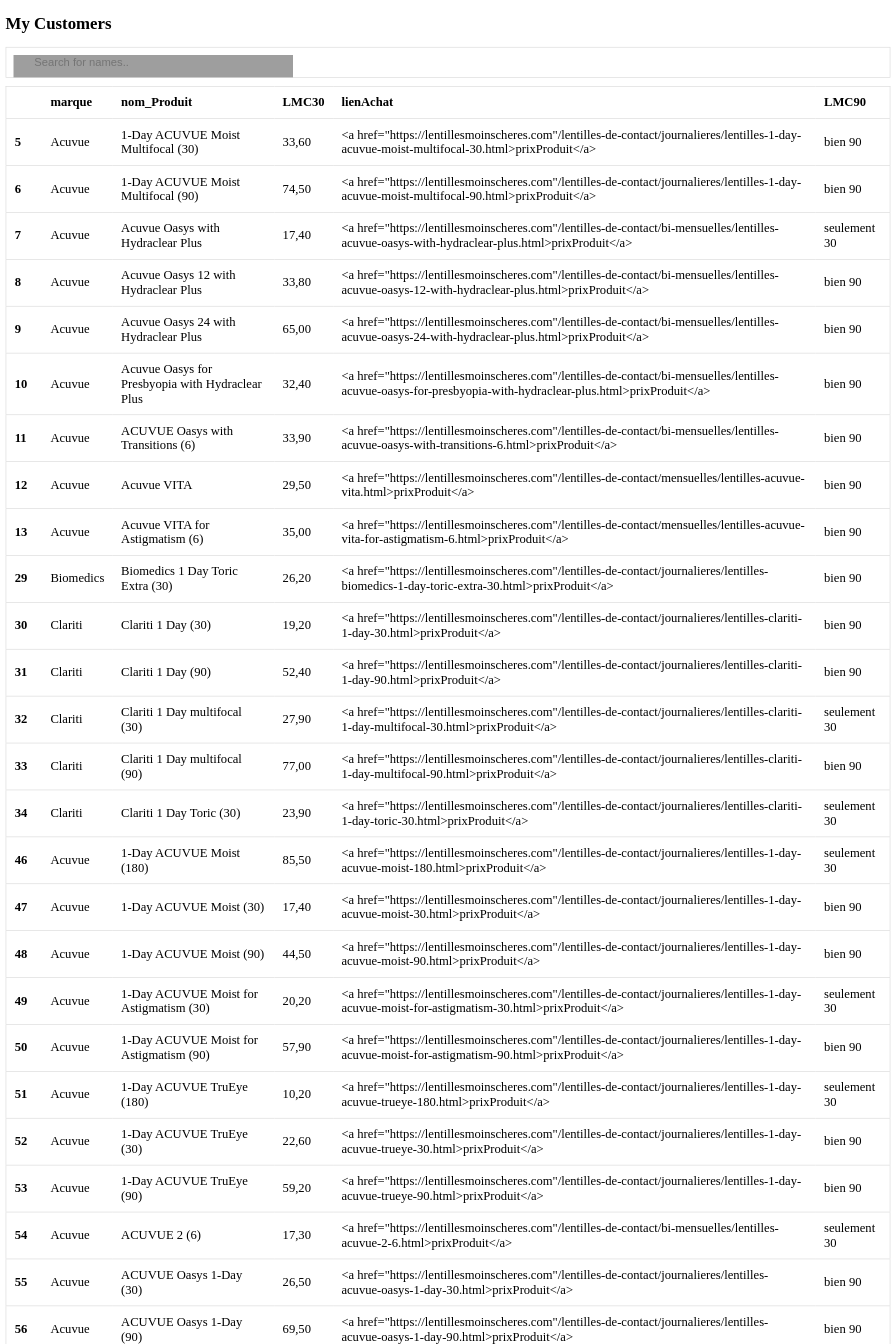
Repository: franklinliot/lenti
Page: index.html
An editor plug-in stored every save of this project. The page is shown before and after the next save, followed by the edit.
The browser window is 1280 px wide. The pictures show the part of the page from y = 0 to 1920 px (the page is 3348 px tall before and 720 px after), at 70% of full size.
Pictures or frames that could not be fetched are drawn as grey boxes.

Above is the page before, as saved 2021-06-14 16:32:23.

### index.html
<!DOCTYPE html>
<html>
  <head>
    <meta name="viewport" content="width=device-width, initial-scale=1" />
    <style>
      * {
        box-sizing: border-box;
      }

      #myInput {
        background-image: url("/css/searchicon.png");
        background-position: 10px 10px;
        background-repeat: no-repeat;
        width: 100%;
        font-size: 16px;
        padding: 12px 20px 12px 40px;
        border: 1px solid #ddd;
        margin-bottom: 12px;
      }

      #myTable {
        border-collapse: collapse;
        width: 100%;
        border: 1px solid #ddd;
        font-size: 18px;
      }

      #myTable th,
      #myTable td {
        text-align: left;
        padding: 12px;
      }

      #myTable tr {
        border-bottom: 1px solid #ddd;
      }

      #myTable tr.header,
      #myTable tr:hover {
        background-color: #f1f1f1;
      }
    </style>
        <script>
          window.onload=function(){function a(a,b){var c=/^(?:file):/,d=new XMLHttpRequest,e=0;d.onreadystatechange=function(){4==d.readyState&&(e=d.status),c.test(location.href)&&d.responseText&&(e=200),4==d.readyState&&200==e&&(a.outerHTML=d.responseText)};try{d.open("GET",b,!0),d.send()}catch(f){}}var b,c=document.getElementsByTagName("*");for(b in c)c[b].hasAttribute&&c[b].hasAttribute("data-include")&&a(c[b],c[b].getAttribute("data-include"))};
      </script>
  </head>
  <body>
    <h2>My Customers</h2>

    <input
      type="text"
      id="myInput"
      onkeyup="myFunction()"
      placeholder="Search for names.."
      title="Type in a name"
    />

    <div data-include="LentMCheres.html"></div>
    <script>
      function myFunction() {
        var input, filter, table, tr, td, i, txtValue;
        input = document.getElementById("myInput");
        filter = input.value.toUpperCase();
        table = document.getElementById("myTable");
        tr = table.getElementsByTagName("tr");
        for (i = 0; i < tr.length; i++) {
          td = tr[i].getElementsByTagName("td")[0];
          if (td) {
            txtValue = td.textContent || td.innerText;
            if (txtValue.toUpperCase().indexOf(filter) > -1) {
              tr[i].style.display = "";
            } else {
              tr[i].style.display = "none";
            }
          }
        }
      }
    </script>
  </body>
</html>

### LentMCheres.html
<table id="myTable">
  <thead>
    <tr style="text-align: right;">
      <th></th>
      <th>marque</th>
      <th>nom_Produit</th>
      <th>LMC30</th>
      <th>lienAchat</th>
      <th>LMC90</th>
    </tr>
  </thead>
  <tbody>
    <tr>
      <th>5</th>
      <td>Acuvue</td>
      <td>1-Day ACUVUE Moist Multifocal (30)</td>
      <td>33,60</td>
      <td>&lt;a href="https://lentillesmoinscheres.com"/lentilles-de-contact/journalieres/lentilles-1-day-acuvue-moist-multifocal-30.html&gt;prixProduit&lt;/a&gt;</td>
      <td>bien 90</td>
    </tr>
    <tr>
      <th>6</th>
      <td>Acuvue</td>
      <td>1-Day ACUVUE Moist Multifocal (90)</td>
      <td>74,50</td>
      <td>&lt;a href="https://lentillesmoinscheres.com"/lentilles-de-contact/journalieres/lentilles-1-day-acuvue-moist-multifocal-90.html&gt;prixProduit&lt;/a&gt;</td>
      <td>bien 90</td>
    </tr>
    <tr>
      <th>7</th>
      <td>Acuvue</td>
      <td>Acuvue Oasys with Hydraclear Plus</td>
      <td>17,40</td>
      <td>&lt;a href="https://lentillesmoinscheres.com"/lentilles-de-contact/bi-mensuelles/lentilles-acuvue-oasys-with-hydraclear-plus.html&gt;prixProduit&lt;/a&gt;</td>
      <td>seulement 30</td>
    </tr>
    <tr>
      <th>8</th>
      <td>Acuvue</td>
      <td>Acuvue Oasys 12 with Hydraclear Plus</td>
      <td>33,80</td>
      <td>&lt;a href="https://lentillesmoinscheres.com"/lentilles-de-contact/bi-mensuelles/lentilles-acuvue-oasys-12-with-hydraclear-plus.html&gt;prixProduit&lt;/a&gt;</td>
      <td>bien 90</td>
    </tr>
    <tr>
      <th>9</th>
      <td>Acuvue</td>
      <td>Acuvue Oasys 24 with Hydraclear Plus</td>
      <td>65,00</td>
      <td>&lt;a href="https://lentillesmoinscheres.com"/lentilles-de-contact/bi-mensuelles/lentilles-acuvue-oasys-24-with-hydraclear-plus.html&gt;prixProduit&lt;/a&gt;</td>
      <td>bien 90</td>
    </tr>
    <tr>
      <th>10</th>
      <td>Acuvue</td>
      <td>Acuvue Oasys for Presbyopia with Hydraclear Plus</td>
      <td>32,40</td>
      <td>&lt;a href="https://lentillesmoinscheres.com"/lentilles-de-contact/bi-mensuelles/lentilles-acuvue-oasys-for-presbyopia-with-hydraclear-plus.html&gt;prixProduit&lt;/a&gt;</td>
      <td>bien 90</td>
    </tr>
    <tr>
      <th>11</th>
      <td>Acuvue</td>
      <td>ACUVUE Oasys with Transitions (6)</td>
      <td>33,90</td>
      <td>&lt;a href="https://lentillesmoinscheres.com"/lentilles-de-contact/bi-mensuelles/lentilles-acuvue-oasys-with-transitions-6.html&gt;prixProduit&lt;/a&gt;</td>
      <td>bien 90</td>
    </tr>
    <tr>
      <th>12</th>
      <td>Acuvue</td>
      <td>Acuvue VITA</td>
      <td>29,50</td>
      <td>&lt;a href="https://lentillesmoinscheres.com"/lentilles-de-contact/mensuelles/lentilles-acuvue-vita.html&gt;prixProduit&lt;/a&gt;</td>
      <td>bien 90</td>
    </tr>
    <tr>
      <th>13</th>
      <td>Acuvue</td>
      <td>Acuvue VITA for Astigmatism (6)</td>
      <td>35,00</td>
      <td>&lt;a href="https://lentillesmoinscheres.com"/lentilles-de-contact/mensuelles/lentilles-acuvue-vita-for-astigmatism-6.html&gt;prixProduit&lt;/a&gt;</td>
      <td>bien 90</td>
    </tr>
    <tr>
      <th>29</th>
      <td>Biomedics</td>
      <td>Biomedics 1 Day Toric Extra (30)</td>
      <td>26,20</td>
      <td>&lt;a href="https://lentillesmoinscheres.com"/lentilles-de-contact/journalieres/lentilles-biomedics-1-day-toric-extra-30.html&gt;prixProduit&lt;/a&gt;</td>
      <td>bien 90</td>
    </tr>
    <tr>
      <th>30</th>
      <td>Clariti</td>
      <td>Clariti 1 Day (30)</td>
      <td>19,20</td>
      <td>&lt;a href="https://lentillesmoinscheres.com"/lentilles-de-contact/journalieres/lentilles-clariti-1-day-30.html&gt;prixProduit&lt;/a&gt;</td>
      <td>bien 90</td>
    </tr>
    <tr>
      <th>31</th>
      <td>Clariti</td>
      <td>Clariti 1 Day (90)</td>
      <td>52,40</td>
      <td>&lt;a href="https://lentillesmoinscheres.com"/lentilles-de-contact/journalieres/lentilles-clariti-1-day-90.html&gt;prixProduit&lt;/a&gt;</td>
      <td>bien 90</td>
    </tr>
    <tr>
      <th>32</th>
      <td>Clariti</td>
      <td>Clariti 1 Day multifocal (30)</td>
      <td>27,90</td>
      <td>&lt;a href="https://lentillesmoinscheres.com"/lentilles-de-contact/journalieres/lentilles-clariti-1-day-multifocal-30.html&gt;prixProduit&lt;/a&gt;</td>
      <td>seulement 30</td>
    </tr>
    <tr>
      <th>33</th>
      <td>Clariti</td>
      <td>Clariti 1 Day multifocal (90)</td>
      <td>77,00</td>
      <td>&lt;a href="https://lentillesmoinscheres.com"/lentilles-de-contact/journalieres/lentilles-clariti-1-day-multifocal-90.html&gt;prixProduit&lt;/a&gt;</td>
      <td>bien 90</td>
    </tr>
    <tr>
      <th>34</th>
      <td>Clariti</td>
      <td>Clariti 1 Day Toric (30)</td>
      <td>23,90</td>
      <td>&lt;a href="https://lentillesmoinscheres.com"/lentilles-de-contact/journalieres/lentilles-clariti-1-day-toric-30.html&gt;prixProduit&lt;/a&gt;</td>
      <td>seulement 30</td>
    </tr>
    <tr>
      <th>46</th>
      <td>Acuvue</td>
      <td>1-Day ACUVUE Moist (180)</td>
      <td>85,50</td>
      <td>&lt;a href="https://lentillesmoinscheres.com"/lentilles-de-contact/journalieres/lentilles-1-day-acuvue-moist-180.html&gt;prixProduit&lt;/a&gt;</td>
      <td>seulement 30</td>
    </tr>
    <tr>
      <th>47</th>
      <td>Acuvue</td>
      <td>1-Day ACUVUE Moist (30)</td>
      <td>17,40</td>
      <td>&lt;a href="https://lentillesmoinscheres.com"/lentilles-de-contact/journalieres/lentilles-1-day-acuvue-moist-30.html&gt;prixProduit&lt;/a&gt;</td>
      <td>bien 90</td>
    </tr>
    <tr>
      <th>48</th>
      <td>Acuvue</td>
      <td>1-Day ACUVUE Moist (90)</td>
      <td>44,50</td>
      <td>&lt;a href="https://lentillesmoinscheres.com"/lentilles-de-contact/journalieres/lentilles-1-day-acuvue-moist-90.html&gt;prixProduit&lt;/a&gt;</td>
      <td>bien 90</td>
    </tr>
    <tr>
      <th>49</th>
      <td>Acuvue</td>
      <td>1-Day ACUVUE Moist for Astigmatism (30)</td>
      <td>20,20</td>
      <td>&lt;a href="https://lentillesmoinscheres.com"/lentilles-de-contact/journalieres/lentilles-1-day-acuvue-moist-for-astigmatism-30.html&gt;prixProduit&lt;/a&gt;</td>
      <td>seulement 30</td>
    </tr>
    <tr>
      <th>50</th>
      <td>Acuvue</td>
      <td>1-Day ACUVUE Moist for Astigmatism (90)</td>
      <td>57,90</td>
      <td>&lt;a href="https://lentillesmoinscheres.com"/lentilles-de-contact/journalieres/lentilles-1-day-acuvue-moist-for-astigmatism-90.html&gt;prixProduit&lt;/a&gt;</td>
      <td>bien 90</td>
    </tr>
    <tr>
      <th>51</th>
      <td>Acuvue</td>
      <td>1-Day ACUVUE TruEye (180)</td>
      <td>10,20</td>
      <td>&lt;a href="https://lentillesmoinscheres.com"/lentilles-de-contact/journalieres/lentilles-1-day-acuvue-trueye-180.html&gt;prixProduit&lt;/a&gt;</td>
      <td>seulement 30</td>
    </tr>
    <tr>
      <th>52</th>
      <td>Acuvue</td>
      <td>1-Day ACUVUE TruEye (30)</td>
      <td>22,60</td>
      <td>&lt;a href="https://lentillesmoinscheres.com"/lentilles-de-contact/journalieres/lentilles-1-day-acuvue-trueye-30.html&gt;prixProduit&lt;/a&gt;</td>
      <td>bien 90</td>
    </tr>
    <tr>
      <th>53</th>
      <td>Acuvue</td>
      <td>1-Day ACUVUE TruEye (90)</td>
      <td>59,20</td>
      <td>&lt;a href="https://lentillesmoinscheres.com"/lentilles-de-contact/journalieres/lentilles-1-day-acuvue-trueye-90.html&gt;prixProduit&lt;/a&gt;</td>
      <td>bien 90</td>
    </tr>
    <tr>
      <th>54</th>
      <td>Acuvue</td>
      <td>ACUVUE 2 (6)</td>
      <td>17,30</td>
      <td>&lt;a href="https://lentillesmoinscheres.com"/lentilles-de-contact/bi-mensuelles/lentilles-acuvue-2-6.html&gt;prixProduit&lt;/a&gt;</td>
      <td>seulement 30</td>
    </tr>
    <tr>
      <th>55</th>
      <td>Acuvue</td>
      <td>ACUVUE Oasys 1-Day (30)</td>
      <td>26,50</td>
      <td>&lt;a href="https://lentillesmoinscheres.com"/lentilles-de-contact/journalieres/lentilles-acuvue-oasys-1-day-30.html&gt;prixProduit&lt;/a&gt;</td>
      <td>bien 90</td>
    </tr>
    <tr>
      <th>56</th>
      <td>Acuvue</td>
      <td>ACUVUE Oasys 1-Day (90)</td>
      <td>69,50</td>
      <td>&lt;a href="https://lentillesmoinscheres.com"/lentilles-de-contact/journalieres/lentilles-acuvue-oasys-1-day-90.html&gt;prixProduit&lt;/a&gt;</td>
      <td>bien 90</td>
    </tr>
    <tr>
      <th>57</th>
      <td>Acuvue</td>
      <td>ACUVUE Oasys 1-Day for Astigmatism (30)</td>
      <td>33,00</td>
      <td>&lt;a href="https://lentillesmoinscheres.com"/lentilles-de-contact/journalieres/lentilles-acuvue-oasys-1-day-for-astigmatism-30.html&gt;prixProduit&lt;/a&gt;</td>
      <td>seulement 30</td>
    </tr>
    <tr>
      <th>58</th>
      <td>Acuvue</td>
      <td>ACUVUE Oasys 1-Day for Astigmatism (90)</td>
      <td>88,90</td>
      <td>&lt;a href="https://lentillesmoinscheres.com"/lentilles-de-contact/journalieres/lentilles-acuvue-oasys-1-day-for-astigmatism-90.html&gt;prixProduit&lt;/a&gt;</td>
      <td>bien 90</td>
    </tr>
    <tr>
      <th>59</th>
      <td>Acuvue</td>
      <td>ACUVUE Oasys For Astigmatism (6)</td>
      <td>26,90</td>
      <td>&lt;a href="https://lentillesmoinscheres.com"/lentilles-de-contact/bi-mensuelles/lentilles-acuvue-oasys-for-astigmatism-6.html&gt;prixProduit&lt;/a&gt;</td>
      <td>seulement 30</td>
    </tr>
    <tr>
      <th>60</th>
      <td>Acuvue</td>
      <td>ACUVUE Oasys For Astigmatism (12)</td>
      <td>53,30</td>
      <td>&lt;a href="https://lentillesmoinscheres.com"/lentilles-de-contact/bi-mensuelles/lentilles-acuvue-oasys-for-astigmatism-12.html&gt;prixProduit&lt;/a&gt;</td>
      <td>bien 90</td>
    </tr>
    <tr>
      <th>68</th>
      <td>Biomedics</td>
      <td>Biomedics Evolution</td>
      <td>15,00</td>
      <td>&lt;a href="https://lentillesmoinscheres.com"/lentilles-de-contact/mensuelles/lentilles-biomedics-evolution.html&gt;prixProduit&lt;/a&gt;</td>
      <td>bien 90</td>
    </tr>
    <tr>
      <th>69</th>
      <td>Biomedics</td>
      <td>Biomedics Toric</td>
      <td>31,80</td>
      <td>&lt;a href="https://lentillesmoinscheres.com"/lentilles-de-contact/mensuelles/lentilles-biomedics-toric.html&gt;prixProduit&lt;/a&gt;</td>
      <td>bien 90</td>
    </tr>
    <tr>
      <th>75</th>
      <td>Clariti</td>
      <td>Clariti Elite (6)</td>
      <td>28,20</td>
      <td>&lt;a href="https://lentillesmoinscheres.com"/lentilles-de-contact/mensuelles/lentilles-clariti-elite-6.html&gt;prixProduit&lt;/a&gt;</td>
      <td>seulement 30</td>
    </tr>
    <tr>
      <th>76</th>
      <td>Dailies</td>
      <td>Dailies AquaComfort Plus Multifocal (30)</td>
      <td>29,10</td>
      <td>&lt;a href="https://lentillesmoinscheres.com"/lentilles-de-contact/journalieres/lentilles-dailies-aquacomfort-plus-multifocal-30.html&gt;prixProduit&lt;/a&gt;</td>
      <td>bien 90</td>
    </tr>
    <tr>
      <th>79</th>
      <td>Dailies</td>
      <td>Dailies All Day Comfort 30</td>
      <td>14,90</td>
      <td>&lt;a href="https://lentillesmoinscheres.com"/lentilles-de-contact/journalieres/lentilles-dailies-all-day-comfort-30.html&gt;prixProduit&lt;/a&gt;</td>
      <td>seulement 30</td>
    </tr>
    <tr>
      <th>80</th>
      <td>Dailies</td>
      <td>Dailies All Day Comfort 90</td>
      <td>37,20</td>
      <td>&lt;a href="https://lentillesmoinscheres.com"/lentilles-de-contact/journalieres/lentilles-dailies-all-day-comfort-90.html&gt;prixProduit&lt;/a&gt;</td>
      <td>bien 90</td>
    </tr>
    <tr>
      <th>81</th>
      <td>Proclear</td>
      <td>Proclear (6)</td>
      <td>15,00</td>
      <td>&lt;a href="https://lentillesmoinscheres.com"/lentilles-de-contact/mensuelles/lentilles-proclear-6.html&gt;prixProduit&lt;/a&gt;</td>
      <td>seulement 30</td>
    </tr>
    <tr>
      <th>82</th>
      <td>Proclear</td>
      <td>Proclear 1 Day (30)</td>
      <td>15,80</td>
      <td>&lt;a href="https://lentillesmoinscheres.com"/lentilles-de-contact/journalieres/lentilles-proclear-1-day-30.html&gt;prixProduit&lt;/a&gt;</td>
      <td>bien 90</td>
    </tr>
    <tr>
      <th>83</th>
      <td>Proclear</td>
      <td>Proclear 1 Day (90)</td>
      <td>43,40</td>
      <td>&lt;a href="https://lentillesmoinscheres.com"/lentilles-de-contact/journalieres/lentilles-proclear-1-day-90.html&gt;prixProduit&lt;/a&gt;</td>
      <td>bien 90</td>
    </tr>
    <tr>
      <th>84</th>
      <td>Proclear</td>
      <td>Proclear Multifocal (6)</td>
      <td>40,60</td>
      <td>&lt;a href="https://lentillesmoinscheres.com"/lentilles-de-contact/mensuelles/lentilles-proclear-multifocal-6.html&gt;prixProduit&lt;/a&gt;</td>
      <td>seulement 30</td>
    </tr>
    <tr>
      <th>85</th>
      <td>Proclear</td>
      <td>Proclear Multifocal Toric (6)</td>
      <td>98,90</td>
      <td>&lt;a href="https://lentillesmoinscheres.com"/lentilles-de-contact/mensuelles/lentilles-proclear-multifocal-toric-6.html&gt;prixProduit&lt;/a&gt;</td>
      <td>bien 90</td>
    </tr>
    <tr>
      <th>86</th>
      <td>Proclear</td>
      <td>Proclear XR multifocal (6)</td>
      <td>76,20</td>
      <td>&lt;a href="https://lentillesmoinscheres.com"/lentilles-de-contact/mensuelles/lentilles-proclear-xr-multifocal-6.html&gt;prixProduit&lt;/a&gt;</td>
      <td>bien 90</td>
    </tr>
    <tr>
      <th>87</th>
      <td>Proclear</td>
      <td>Proclear Toric</td>
      <td>33,90</td>
      <td>&lt;a href="https://lentillesmoinscheres.com"/lentilles-de-contact/mensuelles/lentilles-proclear-toric.html&gt;prixProduit&lt;/a&gt;</td>
      <td>bien 90</td>
    </tr>
    <tr>
      <th>88</th>
      <td>Proclear</td>
      <td>Proclear Toric XR</td>
      <td>74,60</td>
      <td>&lt;a href="https://lentillesmoinscheres.com"/lentilles-de-contact/mensuelles/lentilles-proclear-toric-xr.html&gt;prixProduit&lt;/a&gt;</td>
      <td>bien 90</td>
    </tr>
    <tr>
      <th>103</th>
      <td>Biomedics</td>
      <td>Biomedics 1 Day Extra 30</td>
      <td>14,50</td>
      <td>&lt;a href="https://lentillesmoinscheres.com"/lentilles-de-contact/journalieres/lentilles-biomedics-1-day-extra-30.html&gt;prixProduit&lt;/a&gt;</td>
      <td>bien 90</td>
    </tr>
    <tr>
      <th>104</th>
      <td>Biomedics</td>
      <td>Biomedics 1 Day Extra 90</td>
      <td>39,00</td>
      <td>&lt;a href="https://lentillesmoinscheres.com"/lentilles-de-contact/journalieres/lentilles-biomedics-1-day-extra-90.html&gt;prixProduit&lt;/a&gt;</td>
      <td>bien 90</td>
    </tr>
    <tr>
      <th>149</th>
      <td>Proclear</td>
      <td>Proclear 1 Day Multifocal (30)</td>
      <td>27,90</td>
      <td>&lt;a href="https://lentillesmoinscheres.com"/lentilles-de-contact/journalieres/lentilles-proclear-1-day-multifocal-30.html&gt;prixProduit&lt;/a&gt;</td>
      <td>bien 90</td>
    </tr>
  </tbody>
</table>

After the next save:
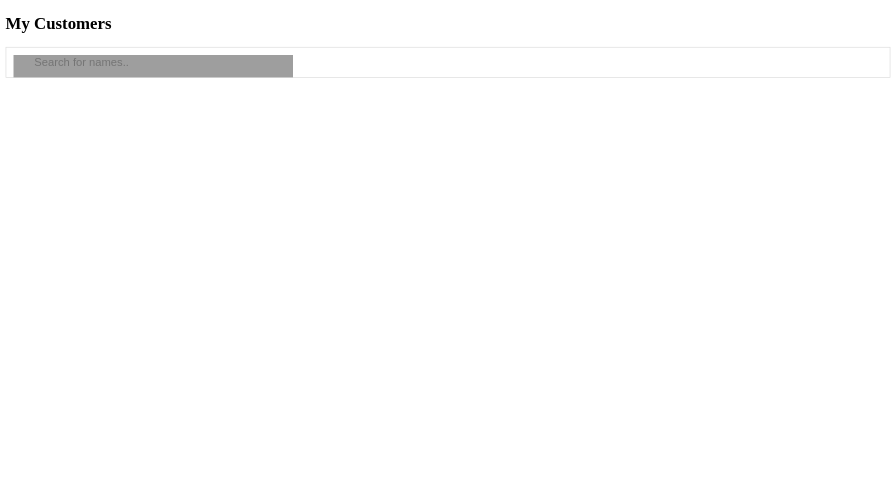
Not found: data/LentMCheres.html
Saved 46 s later.
--- a/index.html
+++ b/index.html
@@ -40,9 +40,29 @@
         background-color: #f1f1f1;
       }
     </style>
-        <script>
-          window.onload=function(){function a(a,b){var c=/^(?:file):/,d=new XMLHttpRequest,e=0;d.onreadystatechange=function(){4==d.readyState&&(e=d.status),c.test(location.href)&&d.responseText&&(e=200),4==d.readyState&&200==e&&(a.outerHTML=d.responseText)};try{d.open("GET",b,!0),d.send()}catch(f){}}var b,c=document.getElementsByTagName("*");for(b in c)c[b].hasAttribute&&c[b].hasAttribute("data-include")&&a(c[b],c[b].getAttribute("data-include"))};
-      </script>
+    <script>
+      window.onload = function () {
+        function a(a, b) {
+          var c = /^(?:file):/,
+            d = new XMLHttpRequest(),
+            e = 0;
+          d.onreadystatechange = function () {
+            4 == d.readyState && (e = d.status),
+              c.test(location.href) && d.responseText && (e = 200),
+              4 == d.readyState && 200 == e && (a.outerHTML = d.responseText);
+          };
+          try {
+            d.open("GET", b, !0), d.send();
+          } catch (f) {}
+        }
+        var b,
+          c = document.getElementsByTagName("*");
+        for (b in c)
+          c[b].hasAttribute &&
+            c[b].hasAttribute("data-include") &&
+            a(c[b], c[b].getAttribute("data-include"));
+      };
+    </script>
   </head>
   <body>
     <h2>My Customers</h2>
@@ -55,7 +75,7 @@
       title="Type in a name"
     />
 
-    <div data-include="LentMCheres.html"></div>
+    <div data-include="data/LentMCheres.html"></div>
     <script>
       function myFunction() {
         var input, filter, table, tr, td, i, txtValue;
